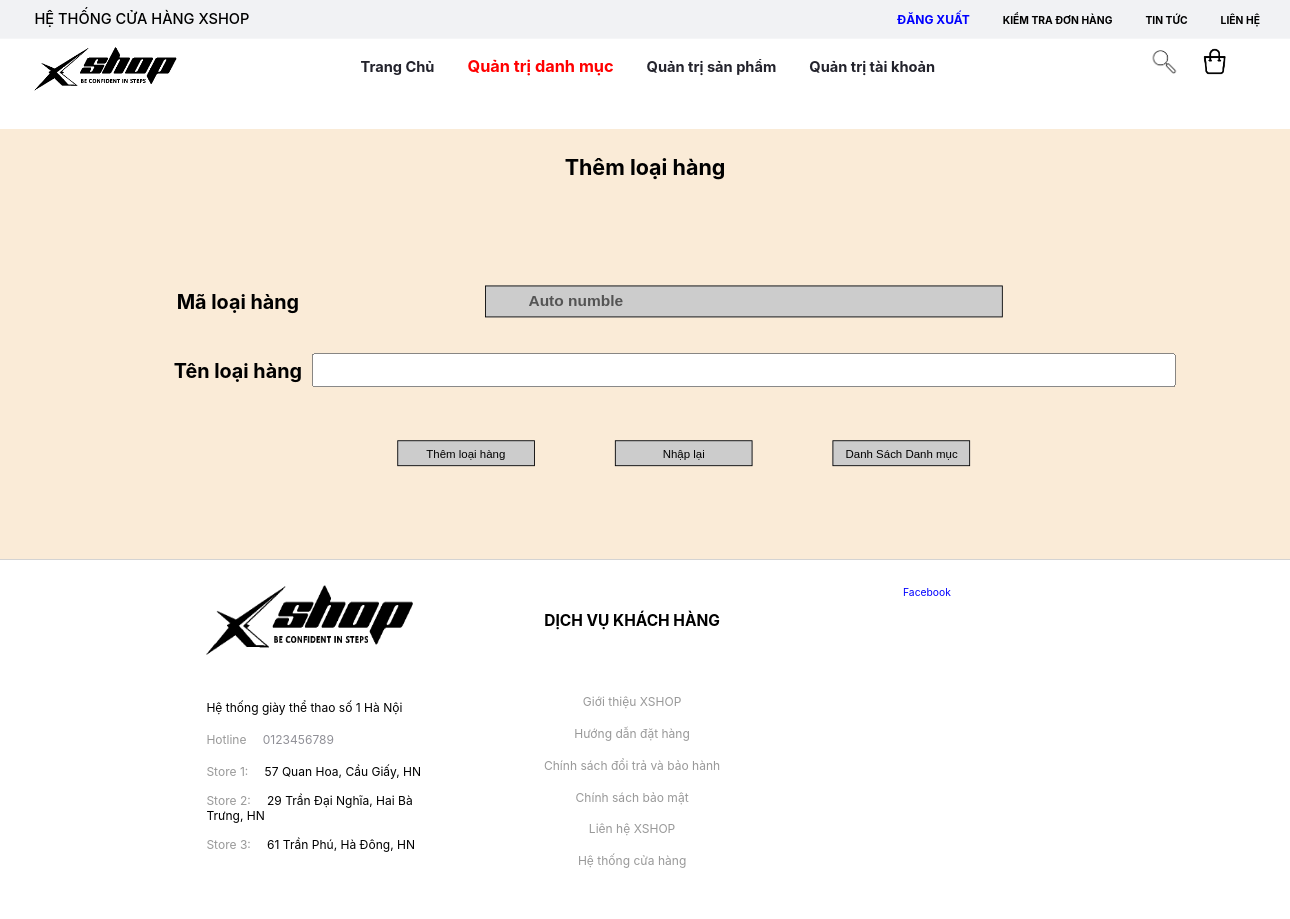
Repository: tienaq123/dam
Page: http://localhost/ass/ad/themdanhmuc.php
An editor plug-in stored every save of this project. The page is shown before and after the next save, followed by the edit.
The browser window is 1280 px wide. The page is 1500 px wide, so the pictures cover 1500 px, including what lies to the right of the window. The pictures show the whole page, at 86% of full size.
The page is run by PHP 8.4 with error messages shown; the project is at /var/www/html/.

Above is the page before, as saved 2021-10-21 04:01:51.

After the next save:
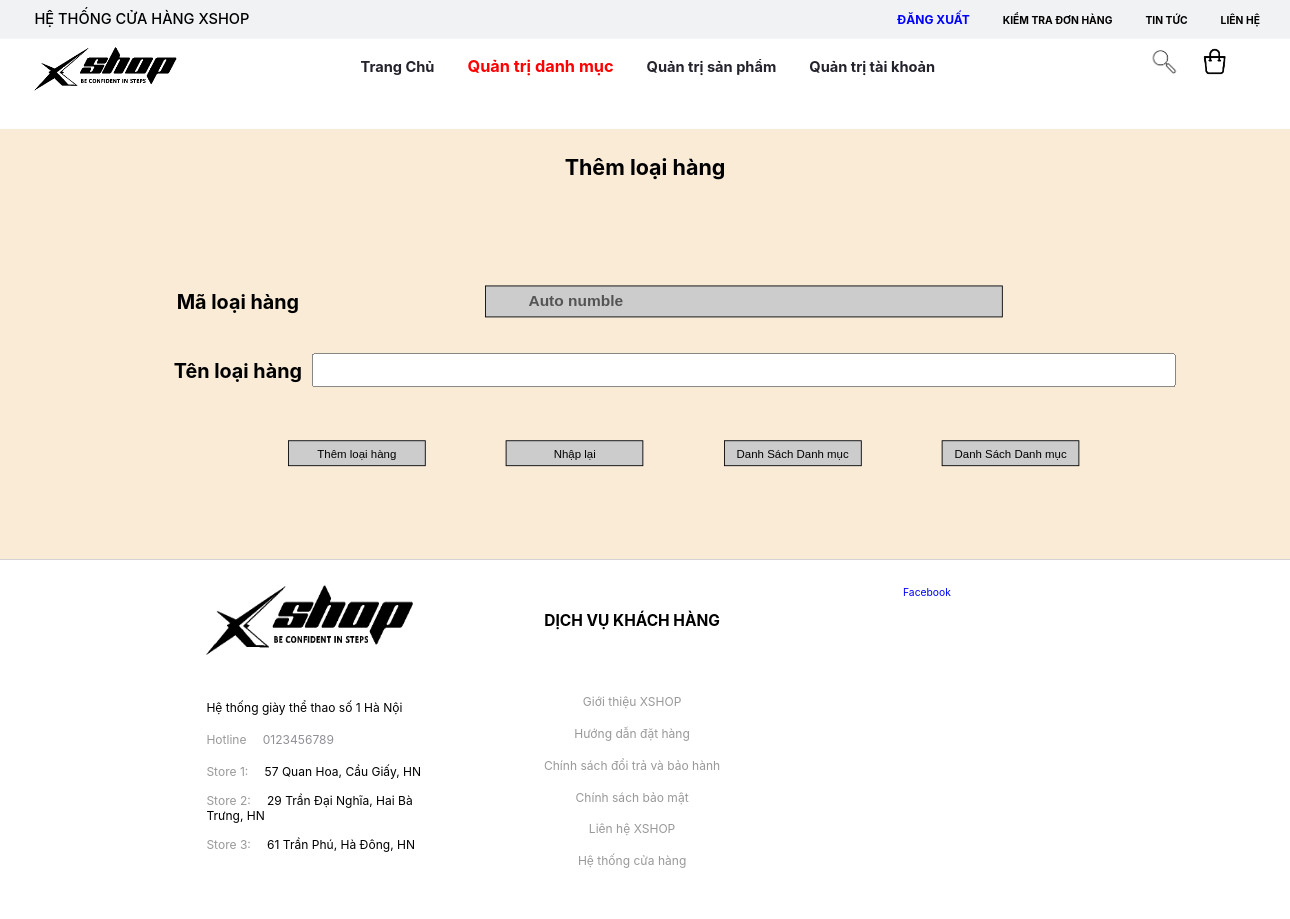
Saved 85 s later.
--- a/ad/themdanhmuc.php
+++ b/ad/themdanhmuc.php
@@ -81,6 +81,7 @@
                 <input style="background-color: #ccc; width: 160px; height: 30px; margin:40px 0px 20px 90px; border: 1px solid #000; cursor:pointer;" type="reset" value="Nhập lại" name="btn">
 
                 <button style="background-color: #ccc; width: 160px; height: 30px; margin:40px 0px 20px 90px;border: 1px solid #000;"><a style="color: #000;" href="quantridanhmuc.php">Danh Sách Danh mục</a></button>
+                <a href="quantridanhmuc.php"><button style="background-color: #ccc; width: 160px; height: 30px; margin:40px 0px 20px 90px;border: 1px solid #000;">Danh Sách Danh mục</button></a>
 
                 <!-- <input style="margin: 20px 0px 20px 10px; " type="text" name="tendanhmuc"> <br>
                 <input style="background-color: #ccc; width: 160px; height: 30px; margin:0px 0px 20px 90px;" type="submit" value="Thêm danh mục" name="btn"> -->

After the save that followed:
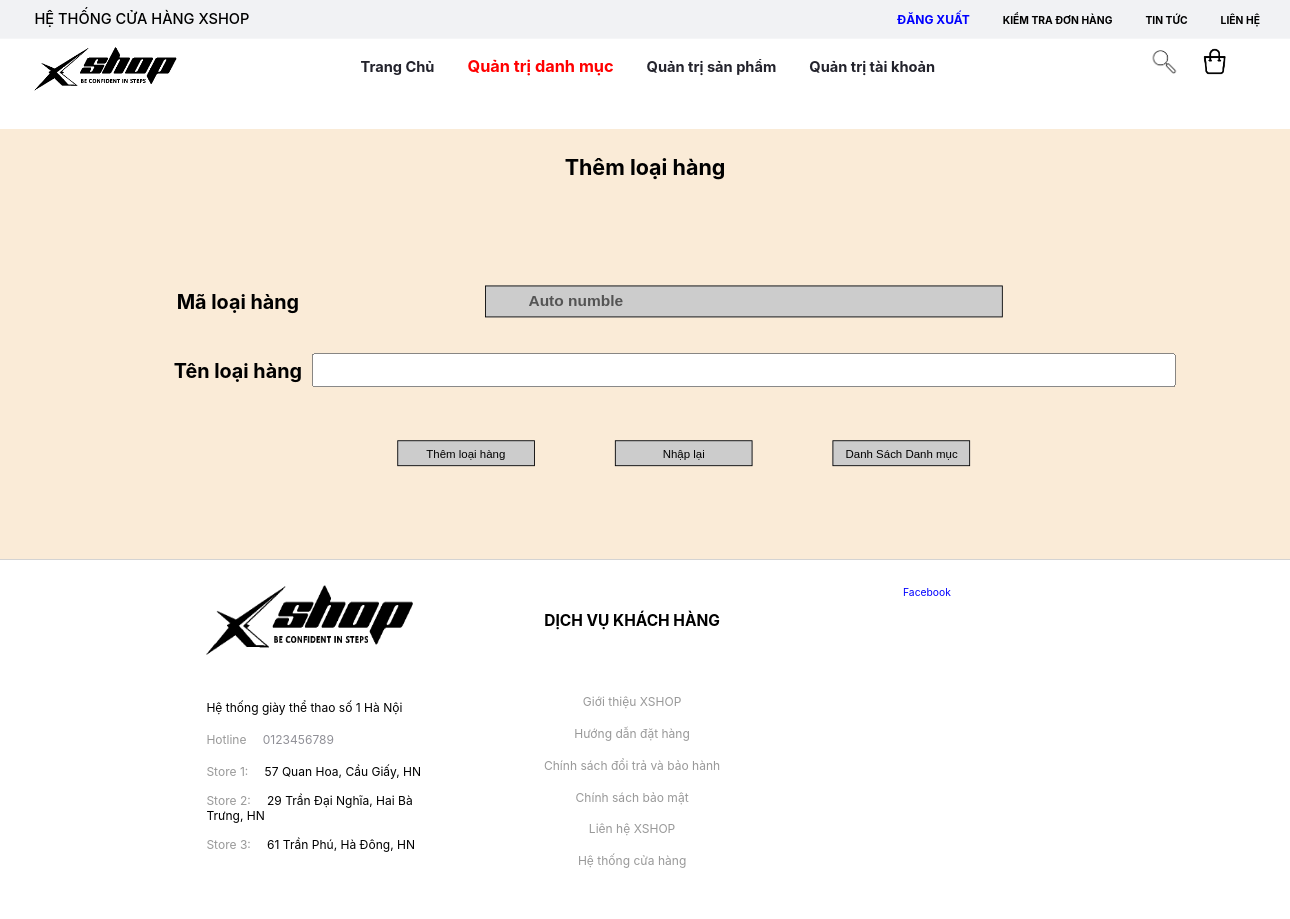
Saved 2 min 10 s later.
--- a/ad/themdanhmuc.php
+++ b/ad/themdanhmuc.php
@@ -81,7 +81,6 @@
                 <input style="background-color: #ccc; width: 160px; height: 30px; margin:40px 0px 20px 90px; border: 1px solid #000; cursor:pointer;" type="reset" value="Nhập lại" name="btn">
 
                 <button style="background-color: #ccc; width: 160px; height: 30px; margin:40px 0px 20px 90px;border: 1px solid #000;"><a style="color: #000;" href="quantridanhmuc.php">Danh Sách Danh mục</a></button>
-                <a href="quantridanhmuc.php"><button style="background-color: #ccc; width: 160px; height: 30px; margin:40px 0px 20px 90px;border: 1px solid #000;">Danh Sách Danh mục</button></a>
 
                 <!-- <input style="margin: 20px 0px 20px 10px; " type="text" name="tendanhmuc"> <br>
                 <input style="background-color: #ccc; width: 160px; height: 30px; margin:0px 0px 20px 90px;" type="submit" value="Thêm danh mục" name="btn"> -->
